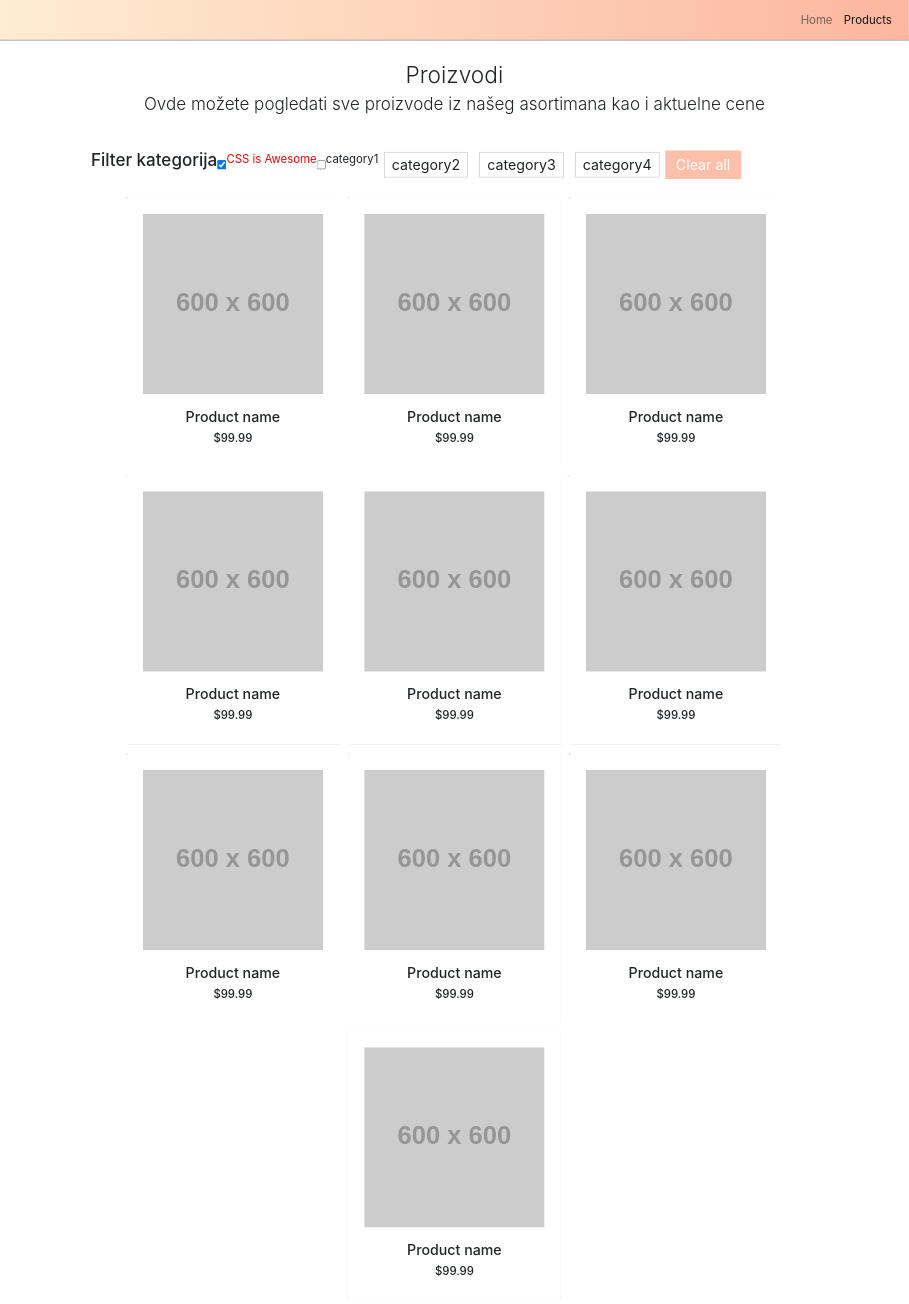
Repository: StevanFilipovic/TemplateForSinglepageWebsite
Page: products.html
The author's editor kept a copy of each file at every save. The page is drawn from the files as they stood at one save, then again after the next save.
The browser window is 1280 px wide. The pictures show the whole page, at 71% of full size.
The first `input[type=checkbox]` is checked.
Some web libraries are served in a nearby version.

Above is the page before, as saved 2018-06-15 10:58:11.

After the next save:
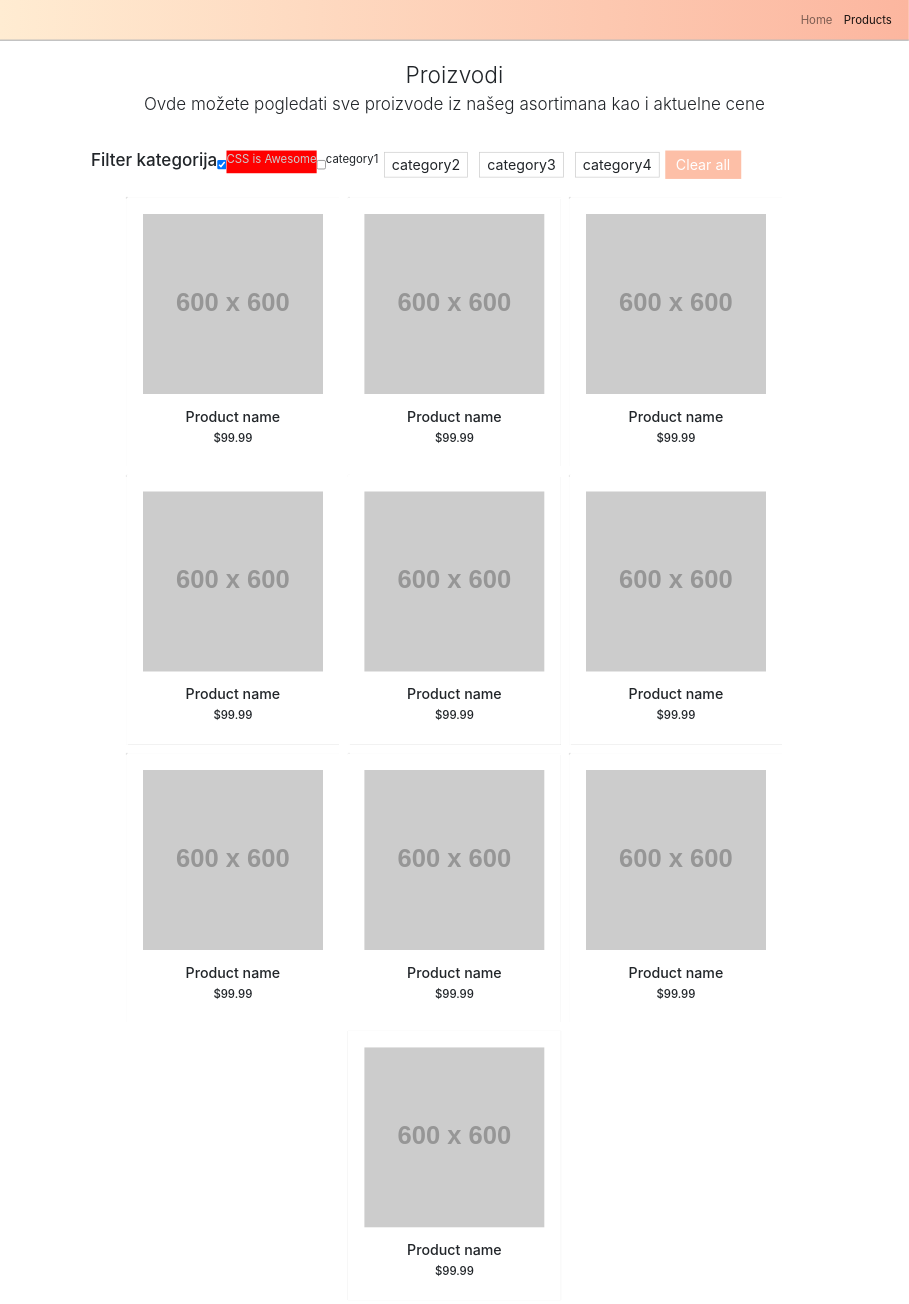
Saved 28 s later.
--- a/products-page-style.css
+++ b/products-page-style.css
@@ -111,7 +111,7 @@ input[type=checkbox] + label {
   font-style: italic;
 }
 input[type=checkbox]:checked + label {
-  color: #f00;
+  background: #f00;
   font-style: normal;
 }
 
